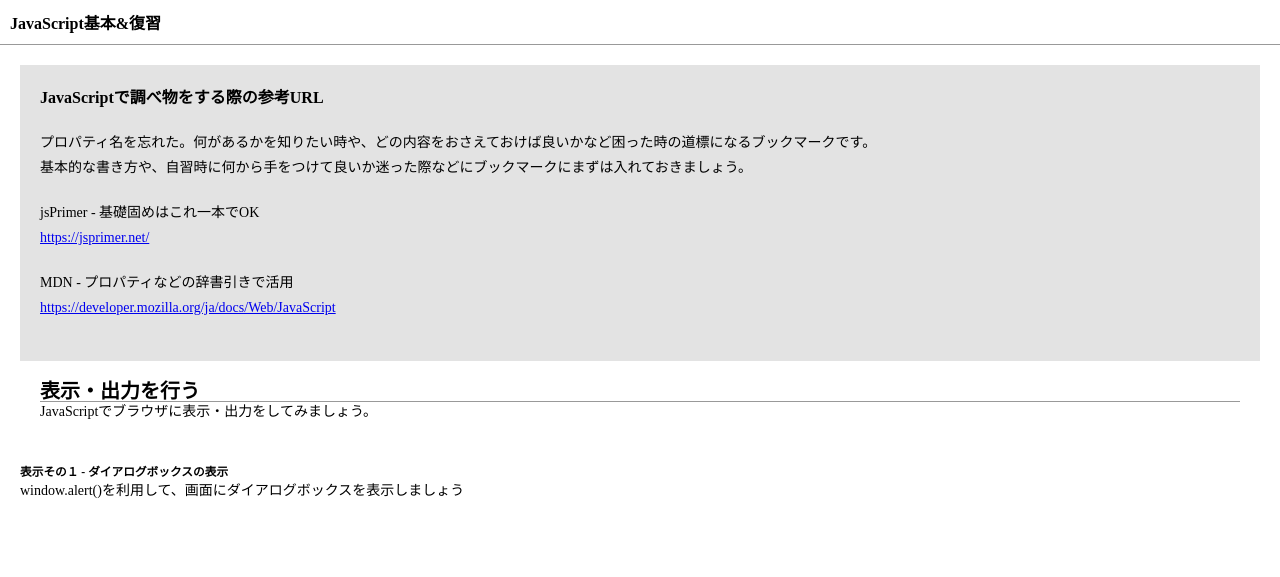
Repository: Yuto-Arakawa/study_js
Page: 01_basic/荒川/ara_basic01.html
These files come from the project's save history. The page is drawn as it stood at one moment and after the next save; the edit follows.
The browser window is 1280 px wide. The pictures show the whole page.

Above is the page before, as saved 2026-11-06 15:29:11.

### 01_basic/荒川/ara_basic01.html
<!DOCTYPE html>
<html lang="ja">
<head>
  <meta charset="utf-8">
  <meta name="viewport" content="width=device-width, initial-scale=1">
  <meta name="color-scheme" content="light">
  <meta name="format-detection" content="telephone=no">
  <meta name="description" content="ここに説明文を設定">
  <title>ara_basic01</title>

  <!-- 共有用 OGP / X(Twitter) -->
  <meta property="og:site_name" content="サイト名">
  <meta property="og:title" content="サイトタイトル">
  <meta property="og:description" content="サイト説明文">
  <meta property="og:type" content="website">
  <meta property="og:url" content="https://hoge.ecc.com/">
  <meta property="og:image" content="https://hoge.ecc.com/ogp.png">
  <meta name="twitter:card" content="summary_large_image">
  <meta name="twitter:site" content="@twitteraccount">

  <!-- 正規URL -->
  <link rel="canonical" href="URL">
	<!-- 多言語サイト用 -->
	<!-- <link rel="alternate" hreflang="ja" href="URL"> -->

  <!-- アイコン（SVG優先、ICOフォールバック、Apple Touch） -->
  <link rel="icon" type="image/svg+xml" href="favicon.svg">
  <link rel="alternate icon" href="favicon.ico">
  <link rel="apple-touch-icon" href="apple-touch-icon.png" sizes="180x180">

  <!-- テーマカラー（PWAでなくてもアドレスバー色に反映） -->
  <meta name="theme-color" content="#FFFFFF">

	<!-- スタイルの読み込み -->
    <link rel="stylesheet" href="css/ress.css">
    <link rel="stylesheet" href="css/basic01.css">

</head>
<body>
    <header>
        <h1>JavaScript基本&復習</h1>
    </header>
    <main>
        <div class="reference">
            <h2>JavaScriptで調べ物をする際の参考URL</h2>
                <p>
                    プロパティ名を忘れた。何があるかを知りたい時や、どの内容をおさえておけば良いかなど困った時の道標になるブックマークです。<br>
                    基本的な書き方や、自習時に何から手をつけて良いか迷った際などにブックマークにまずは入れておきましょう。
                </p>

                <p>
                    jsPrimer - 基礎固めはこれ一本でOK<br>
                    <a href="https://jsprimer.net/" target="_blank">https://jsprimer.net/</a>
                </p>
                <p>
                    MDN - プロパティなどの辞書引きで活用<br>
                    <a href="https://developer.mozilla.org/ja/docs/Web/JavaScript" target="_blank">https://developer.mozilla.org/ja/docs/Web/JavaScript</a>
                </p>
        </div>
        <div class="output">
            <h2>表示・出力を行う</h2>
                <p>JavaScriptでブラウザに表示・出力をしてみましょう。</p>
        </div>
            <h3>表示その１ - ダイアログボックスの表示</h3>
                <p>window.alert()を利用して、画面にダイアログボックスを表示しましょう</p>
    </main>
</body>
</html>

### 01_basic/荒川/css/ress.css
/* resset.dev • v6.0.0 */

/* # =================================================================
   # Global selectors
   # ================================================================= */

html {
  box-sizing: border-box;
  -webkit-text-size-adjust: 100%; /* Prevent adjustments of font size after orientation changes in iOS */
  word-break: normal;
  -moz-tab-size: 4;
  tab-size: 4;
}

*,
::before,
::after {
  background-repeat: no-repeat; /* Set `background-repeat: no-repeat` to all elements and pseudo elements */
  box-sizing: inherit;
}

::before,
::after {
  text-decoration: inherit; /* Inherit text-decoration and vertical align to ::before and ::after pseudo elements */
  vertical-align: inherit;
}

* {
  padding: 0; /* Reset `padding` and `margin` of all elements */
  margin: 0;
}

/* # =================================================================
   # General elements
   # ================================================================= */

hr {
  overflow: visible; /* Show the overflow in Edge and IE */
  height: 0; /* Add the correct box sizing in Firefox */
  color: inherit; /* Correct border color in Firefox. */
}

details,
main {
  display: block; /* Render the `main` element consistently in IE. */
}

summary {
  display: list-item; /* Add the correct display in all browsers */
}

small {
  font-size: 80%; /* Set font-size to 80% in `small` elements */
}

[hidden] {
  display: none; /* Add the correct display in IE */
}

abbr[title] {
  border-bottom: none; /* Remove the bottom border in Chrome 57 */
  /* Add the correct text decoration in Chrome, Edge, IE, Opera, and Safari */
  text-decoration: underline;
  text-decoration: underline dotted;
}

a {
  background-color: transparent; /* Remove the gray background on active links in IE 10 */
}

a:active,
a:hover {
  outline-width: 0; /* Remove the outline when hovering in all browsers */
}

code,
kbd,
pre,
samp {
  font-family: monospace, monospace; /* Specify the font family of code elements */
}

pre {
  font-size: 1em; /* Correct the odd `em` font sizing in all browsers */
}

b,
strong {
  font-weight: bolder; /* Add the correct font weight in Chrome, Edge, and Safari */
}

/* https://gist.github.com/unruthless/413930 */
sub,
sup {
  font-size: 75%;
  line-height: 0;
  position: relative;
  vertical-align: baseline;
}

sub {
  bottom: -0.25em;
}

sup {
  top: -0.5em;
}

table {
  border-color: inherit; /* Correct border color in all Chrome, Edge, and Safari. */
  text-indent: 0; /* Remove text indentation in Chrome, Edge, and Safari */
}

iframe {
  border-style: none;
}

/* # =================================================================
   # Accessibility
   # ================================================================= */

/* Specify the progress cursor of updating elements */
[aria-busy='true'] {
  cursor: progress;
}

/* Specify the pointer cursor of trigger elements */
[aria-controls] {
  cursor: pointer;
}

/* # =================================================================
   # Forms
   # ================================================================= */

input {
  border-radius: 0;
}

[type='number']::-webkit-inner-spin-button,
[type='number']::-webkit-outer-spin-button {
  height: auto; /* Correct the cursor style of increment and decrement buttons in Chrome */
}

[type='search'] {
  -webkit-appearance: textfield; /* Correct the odd appearance in Chrome and Safari */
  outline-offset: -2px; /* Correct the outline style in Safari */
}

[type='search']::-webkit-search-decoration {
  -webkit-appearance: none; /* Remove the inner padding in Chrome and Safari on macOS */
}

textarea {
  overflow: auto; /* Internet Explorer 11+ */
  resize: vertical; /* Specify textarea resizability */
}

button,
input,
optgroup,
select,
textarea {
  font: inherit; /* Specify font inheritance of form elements */
}

optgroup {
  font-weight: bold; /* Restore the font weight unset by the previous rule */
}

button {
  overflow: visible; /* Address `overflow` set to `hidden` in IE 8/9/10/11 */
}

button,
select {
  text-transform: none; /* Firefox 40+, Internet Explorer 11- */
}

/* Apply cursor pointer to button elements */
button,
[type='button'],
[type='reset'],
[type='submit'],
[role='button'] {
  cursor: pointer;
}

/* Remove inner padding and border in Firefox 4+ */
button::-moz-focus-inner,
[type='button']::-moz-focus-inner,
[type='reset']::-moz-focus-inner,
[type='submit']::-moz-focus-inner {
  border-style: none;
  padding: 0;
}

/* Replace focus style removed in the border reset above */
button:-moz-focusring,
[type='button']::-moz-focus-inner,
[type='reset']::-moz-focus-inner,
[type='submit']::-moz-focus-inner {
  outline: 1px dotted ButtonText;
}

button,
html [type='button'], /* Prevent a WebKit bug where (2) destroys native `audio` and `video`controls in Android 4 */
[type='reset'],
[type='submit'] {
  -webkit-appearance: button; /* Correct the inability to style clickable types in iOS */
}

/* Remove the default button styling in all browsers */
button,
input,
select,
textarea {
  background-color: transparent;
  border-style: none;
}

a:focus,
button:focus,
input:focus,
select:focus,
textarea:focus {
  outline-width: 0;
}

/* Style select like a standard input */
select {
  -moz-appearance: none; /* Firefox 36+ */
  -webkit-appearance: none; /* Chrome 41+ */
}

select::-ms-expand {
  display: none; /* Internet Explorer 11+ */
}

select::-ms-value {
  color: currentColor; /* Internet Explorer 11+ */
}

legend {
  border: 0; /* Correct `color` not being inherited in IE 8/9/10/11 */
  color: inherit; /* Correct the color inheritance from `fieldset` elements in IE */
  display: table; /* Correct the text wrapping in Edge and IE */
  max-width: 100%; /* Correct the text wrapping in Edge and IE */
  white-space: normal; /* Correct the text wrapping in Edge and IE */
  max-width: 100%; /* Correct the text wrapping in Edge 18- and IE */
}

::-webkit-file-upload-button {
  /* Correct the inability to style clickable types in iOS and Safari */
  -webkit-appearance: button;
  color: inherit;
  font: inherit; /* Change font properties to `inherit` in Chrome and Safari */
}

/* Replace pointer cursor in disabled, not-editable, or otherwise inoperable elements */
[disabled],
[aria-disabled='true'] {
  cursor: default;
}

/* # =================================================================
   # Specify media element style
   # ================================================================= */

img {
  border-style: none; /* Remove border when inside `a` element in IE 8/9/10 */
}

/* Add the correct vertical alignment in Chrome, Firefox, and Opera */
progress {
  vertical-align: baseline;
}

### 01_basic/荒川/css/basic01.css
html{
    font-size: 62.5%;
}

header{
    padding: 1rem;
    border-bottom: solid 1px #999;
    font-size: 8px;
}

main{
    padding: 20px;
    p{
        font-size: 14px;
        margin-bottom: 20px;
    }
}

.reference{
    padding: 20px;
    height: 296px;
    background-color: #e3e3e3;
    line-height: 25px;
    h2{
        font-size: 16px;
        margin-bottom: 20px;
    }
}

.output{
    padding: 20px;
    line-height: 20px;
    h2{
        font-size: 20px;
        border-bottom: solid 1px #999;
    }
}

After the next save:
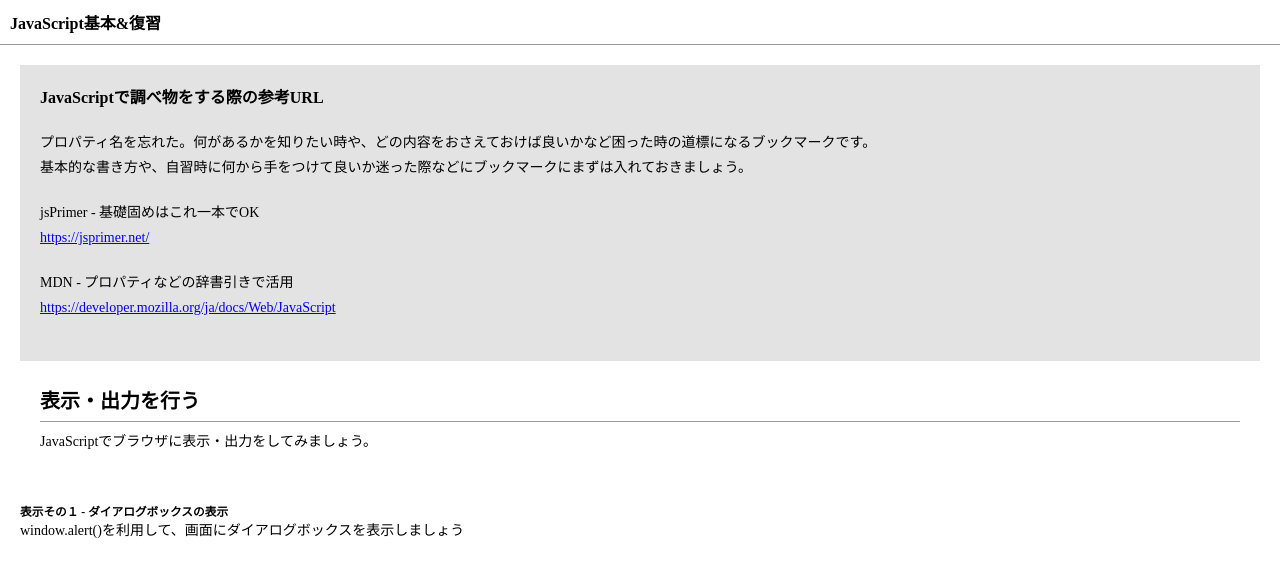
Saved 13 s later.
--- a/01_basic/荒川/css/basic01.css
+++ b/01_basic/荒川/css/basic01.css
@@ -29,7 +29,7 @@ main{
 
 .output{
     padding: 20px;
-    line-height: 20px;
+    line-height: 40px;
     h2{
         font-size: 20px;
         border-bottom: solid 1px #999;
